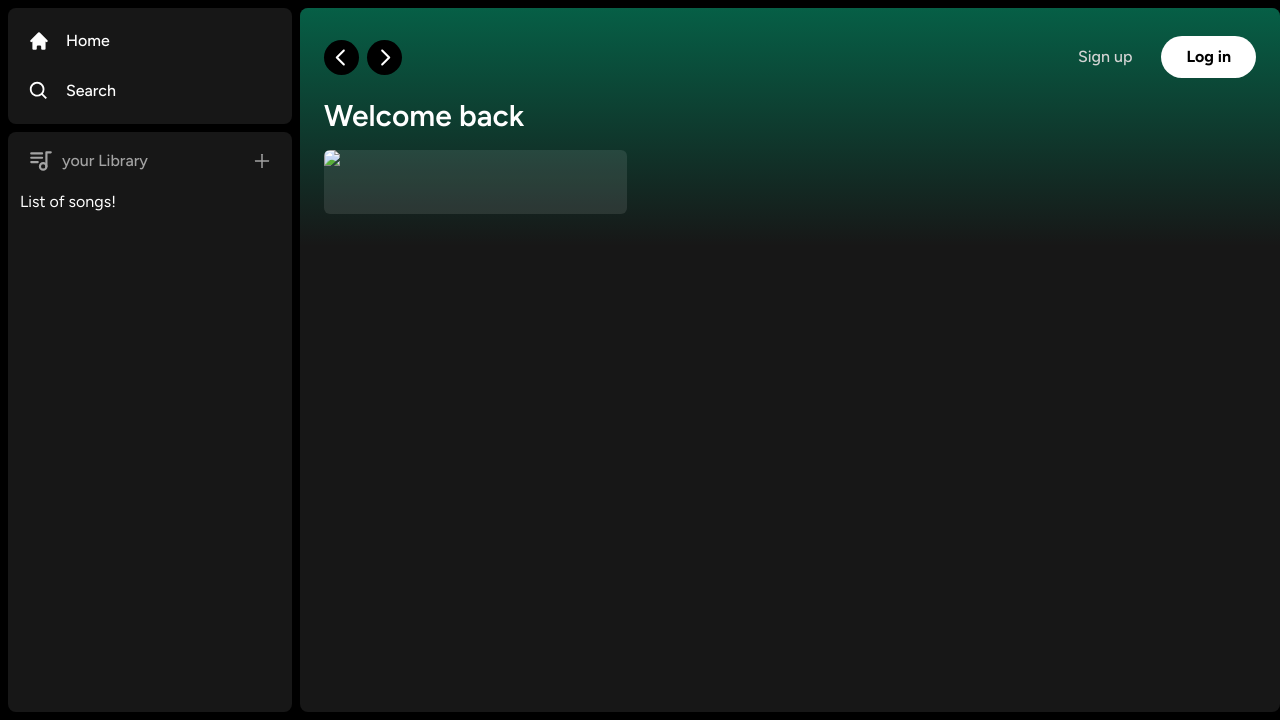
Repository: kjh4357/clone-spotify
Page: /
An editor plug-in stored every save of this project. The page is shown before and after the next save, followed by the edit.
The browser window is 1280 px wide. The pictures show the whole page.
The project was rebuilt for these pictures with package versions that can differ from the ones it lists, and the page was loaded fresh each time. The framework's server and built-in components were replaced by stand-ins that run in the browser. Also part of the build but not shown: next.config.mjs.

Above is the page before, as saved 2024-09-26 15:04:02.

After the next save:
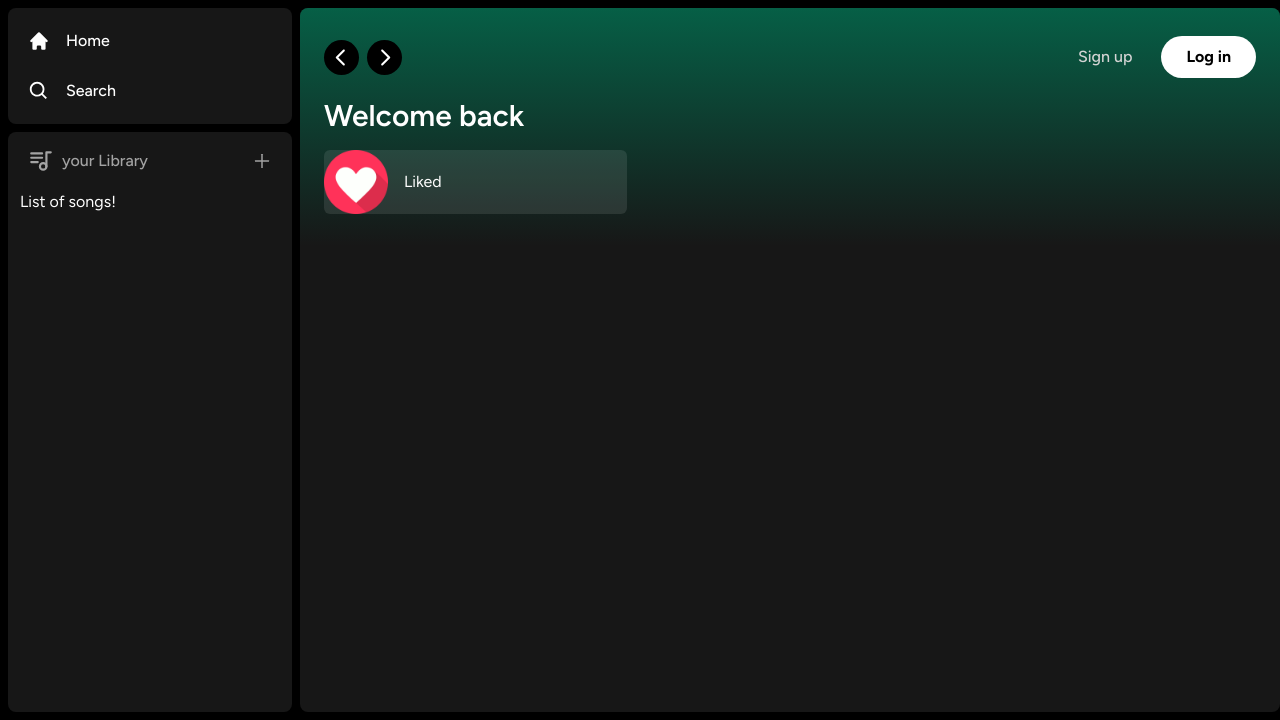
Saved 17 s later.
--- a/src/app/(site)/page.tsx
+++ b/src/app/(site)/page.tsx
@@ -8,7 +8,7 @@ export default function Home() {
         <div className='mb-2'>
           <h1 className='text-white text-3xl font-semibold'>Welcome back</h1>
           <div className='grid grid-cols-1 sm:grid-cols-2 xl:grid-cols-3 2xl:grid-cols-4 gap-3 mt-4'>
-            <ListItem image='' />
+            <ListItem image='/image/liked.png' name='Liked' />
           </div>
         </div>
       </Header>
